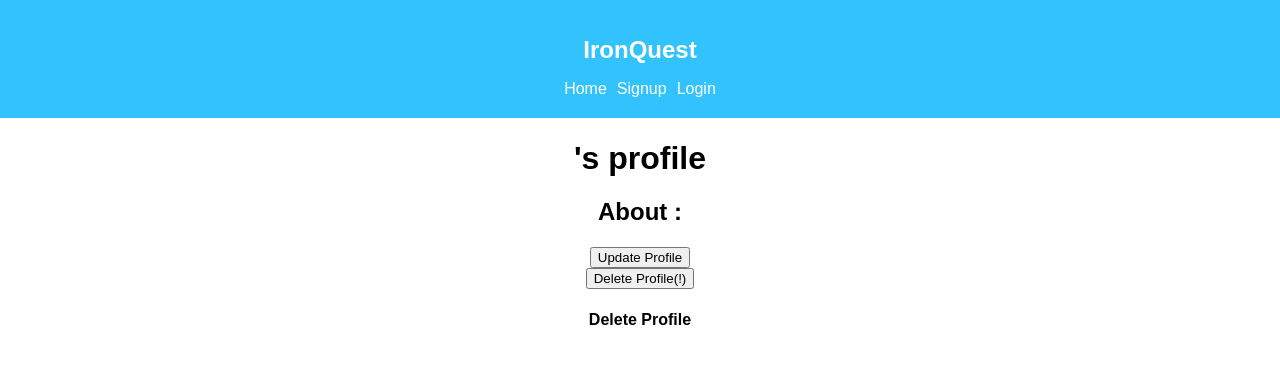
Repository: MikeTroianello/project4
Page: /profile (app in client/)
These files come from the project's save history. The page is drawn as it stood at one moment and after the next save; the edit follows.
The browser window is 1280 px wide. The pictures show the whole page.
The page's requests for data from a server got no answer. The project was rebuilt for these pictures with package versions that can differ from the ones it lists, and the page was loaded fresh each time. No one was signed in, and anything a server would have sent is missing. Also part of the build but not shown: client/src/components/pages/StoryPage.jsx, client/src/components/pages/CreateStory.jsx, client/src/components/pages/ReadStory.jsx, client/src/components/pages/Home.jsx, client/src/components/pages/Login.jsx, client/src/components/pages/Signup.jsx.

Above is the page before, as saved 2019-03-22 00:38:56.

### client/public/index.html
<!DOCTYPE html>
<html lang="en">

<head>
  <meta charset="utf-8">
  <meta name="viewport" content="width=device-width, initial-scale=1, shrink-to-fit=no">
  <meta name="theme-color" content="#000000">
  <!--
      manifest.json provides metadata used when your web app is added to the
      homescreen on Android. See https://developers.google.com/web/fundamentals/engage-and-retain/web-app-manifest/
    -->
  <!-- <link rel="manifest" href="%PUBLIC_URL%/manifest.json"> -->
  <link rel="shortcut icon" href="%PUBLIC_URL%/favicon.ico">
  <!--
      Notice the use of %PUBLIC_URL% in the tags above.
      It will be replaced with the URL of the `public` folder during the build.
      Only files inside the `public` folder can be referenced from the HTML.

      Unlike "/favicon.ico" or "favicon.ico", "%PUBLIC_URL%/favicon.ico" will
      work correctly both with client-side routing and a non-root public URL.
      Learn how to configure a non-root public URL by running `npm run build`.
    -->
  <title>IronQuest</title>
</head>

<body>
  <noscript>
    You need to enable JavaScript to run this app.
  </noscript>
  <div id="root"></div>
  <!--
      This HTML file is a template.
      If you open it directly in the browser, you will see an empty page.

      You can add webfonts, meta tags, or analytics to this file.
      The build step will place the bundled scripts into the <body> tag.

      To begin the development, run `npm start` or `yarn start`.
      To create a production bundle, use `npm run build` or `yarn build`.
    -->
</body>

</html>

### client/src/index.js
import React from 'react';
import ReactDOM from 'react-dom';
import './index.scss';
import { BrowserRouter as Router } from 'react-router-dom';
import App from './components/App.jsx';
// import registerServiceWorker from './registerServiceWorker';

ReactDOM.render(<Router><App /></Router>, document.getElementById('root'));
// registerServiceWorker();

### client/src/index.scss
// --------------------
// Definition of variables
$primary: #32c3ff;


// ----------------------------------------
// To install Boostrap:
// 1) Run in the client folder: $ npm i bootstrap
// 2) Import bootstrap with the following line
// @import '../node_modules/bootstrap/scss/bootstrap.scss';
//
// To install Reactstrap:
// 1) Run in the client folder: $ npm i reactstrap
// 2) Go to the official documentation and take some examples: https://reactstrap.github.io/
// import { Button } from 'reactstrap';
// <Button color="danger">Danger!</Button>
// ----------------------------------------


// --------------------
// Style reusable for all components
body {
  margin: 0;
  padding: 0;
  font-family: sans-serif;
}

.info {
  margin: 20px;
  padding: 10px 20px;
  border-radius: 10px;
  display: inline-block;
  background-color: #5776e9;
  color: white;
}

.info.info-danger {
  background-color: #e73f3f;
}

// --------------------
// Style for App component
.App {
  text-align: center;

  .App-logo {
    animation: App-logo-spin infinite 20s linear;
    height: 80px;
  }

  .App-header {
    background-color: $primary;
    padding: 20px;
    color: white;

    a {
      color: white;
      padding: 0 5px;
      text-decoration: unset;
    }

    a.active {
      font-weight: bold;
    }
  }

  .App-title {
    font-size: 1.5em;
  }

  .App-intro {
    font-size: large;
  }

  @keyframes App-logo-spin {
    from {
      transform: rotate(0deg);
    }

    to {
      transform: rotate(360deg);
    }
  }
}

// --------------------
// Style for Home component
.Home {
  p {
    font-size: 1.2em;
  }
}

// --------------------
// Style for Secret component
.Secret {
  .result {
    font-size: 1.2em;
    color: $primary;
  }
}

.storyText{
    height:200px;
    font-size:14pt;
}

### client/src/components/App.jsx
import React, { Component } from 'react';
import { Route, Link, NavLink, Switch } from 'react-router-dom';
import Home from './pages/Home';
import CreateStory from './pages/CreateStory';
import Login from './pages/Login';
import Signup from './pages/Signup';
import api from '../api';
import ReadStory from './pages/ReadStory'
import StoryPage from './pages/StoryPage'
import Profile from './pages/Profile'

export default class App extends Component {
  state = {
    user: {},
  }

  componentDidMount() {
    this.setUser()
  }

  setUser = () => {
    if (api.isLoggedIn()) {
      this.setState({ user: api.getLocalStorageUser() })
    } else {
      this.setState({ user: {} })

    }
  }

  handleLogoutClick(e) {
    api.logout()
    //this.setState({user:null})
    this.setUser()

  }

  render() {
    return (
      <div className="App">
        <header className="App-header">
          <h1 className="App-title">IronQuest</h1>
          {api.isLoggedIn() && <h3>Hello, {this.state.user.username}!</h3>}
          <NavLink to="/" exact>Home</NavLink>
          {!api.isLoggedIn() && <NavLink to="/signup">Signup</NavLink>}
          {!api.isLoggedIn() && <NavLink to="/login">Login</NavLink>}
          {api.isLoggedIn() && <NavLink to="/profile">Profile Page</NavLink>}
          {api.isLoggedIn() && <Link to="/" onClick={(e) => this.handleLogoutClick(e)}>Logout</Link>}
          {/* <NavLink to="/readstory">Read a Story</NavLink> */}
        </header>
        <Switch>


        <Route
            exact
            path='/'
            render={(props) => <Home {...props}  setUser={this.setUser} />}
          />
          <Route
            path='/signup'
            render={(props) => <Signup {...props} setUser={this.setUser} />}
          />
          <Route
            path='/login'
            render={(props) => <Login {...props} setUser={this.setUser}/>}
          />
          <Route
            path='/createstory'
            render={(props) => <CreateStory {...props} setUser={this.setUser}/>}
          />
          <Route
            path='/readstory'
            render={(props) => <ReadStory {...props} setUser={this.setUser}/>}
          />
          <Route
            path='/profile'
            render={(props) => <Profile {...props} setUser={this.setUser}/>}
          />
          <Route
            path='/story/:id'
            render={(props) => <StoryPage {...props} setUser={this.setUser}/>}
          />
          <Route render={() => <h2>404</h2>} />


        </Switch>
      </div>
    );
  }
}

### client/src/api.js
import axios from 'axios'
axios.defaults.withCredentials = true


const service = axios.create({
  baseURL: process.env.NODE_ENV === 'production' ? '/api' : 'http://localhost:5000/api',
  withCredentials: true
})

const errHandler = err => {
  console.error(err)
  if (err.response && err.response.data) {
    console.error("API response", err.response.data)
    throw err.response.data.message
  }
  throw err
}

export default {
  service: service,

  // This method is synchronous and returns true or false
  // To know if the user is connected, we just check if we have a value for localStorage.getItem('user')
  isLoggedIn() {
    return localStorage.getItem('user') != null
  },

  // This method returns the user from the localStorage
  // Be careful, the value is the one when the user logged in for the last time
  getLocalStorageUser() {
    return JSON.parse(localStorage.getItem('user'))
  },

  // This method signs up and logs in the user
  signup(userInfo) {
    return service
      .post('/signup', userInfo)
      .then(res => {
        // If we have localStorage.getItem('user') saved, the application will consider we are loggedin
        localStorage.setItem('user', JSON.stringify(res.data))
        return res.data
      })
      .catch(errHandler)
  },

  login(username, password) {
    return service
      .post('/login', {
        username,
        password,
      })
      .then(res => {
        // If we have localStorage.getItem('user') saved, the application will consider we are loggedin
        localStorage.setItem('user', JSON.stringify(res.data))
        return res.data
      })
      .catch(errHandler)
  },

  logout() {
    localStorage.removeItem('user')
    return service
      .get('/logout')
  },

  // This is an example on how to use this method in a different file
  // api.getCountries().then(countries => { /* ... */ })

}

### client/src/components/pages/Profile.jsx
import React, { Component } from 'react';
import Axios from 'axios';
import { SERVER_URL } from '../../config'

export default class Profile extends Component{
  constructor(props){
    super(props)
    this.state={
      user:{},
      show:false,
      update:false,
    }
  }

  deleteProfile(){
    console.log("BUTTON CLICKED")
    this.setState({
      show: true
    })
  }

  deleteConfirm(){
    console.log("DELETING")
    Axios.post(`${SERVER_URL}/deleteUser`).then(result=>{
      window.localStorage.removeItem('user')
      this.props.history.push('/')
    })}


  //UPDATE PROFILE

  updateProfile(){
    this.setState({
      update:true
    })
  }

  updateAbout = (event) =>{
    event.preventDefault()
    const userUpdate={
      update:event.target.updater.value
    }
    console.log(userUpdate)
    //debugger;
    Axios.post(`${SERVER_URL}/updateUser`, userUpdate).then(result=>{
       window.location.reload()
      //this.setState({about:userUpdate.update})
    })}

  componentDidMount(){
    Axios.get(`${SERVER_URL}/getUser`).then(userFromServer => {
      this.setState({user:userFromServer.data.user})
      ///window.location.reload()
    })
  }

  render(){
   console.log(this.state.update)
    return(
      <div>
      <h1>{this.state.user.username}'s profile</h1>
      <h2>About {this.state.user.username}:</h2>

      {!this.state.about || !this.state.update || <h3>You don't have anything written about you yet... {this.state.about}</h3>}
      <h4>{this.state.user.about}</h4>
      <button onClick={(e) => this.updateProfile()}>Update Profile</button><br></br>
      {this.state.update &&
        <form onSubmit={this.updateAbout}>
          <textarea
              rows="4"
              cols="50"
              maxLength="400"
              defaultValue={this.state.about}
              name="updater"
              placeholder="Character length: 400"

              /><br></br>
          <button type="submit">is this itSubmit</button>
        </form>
      }
      <button onClick={(e) => this.deleteProfile()}>Delete Profile(!)</button>
      <h4>Delete Profile</h4>
      {this.state.show && <h1>DELETE PROFILE?!</h1>}
      {this.state.show && <h3>(This cannot be undone)</h3>}
      {this.state.show && <button onClick={(e)=>this.deleteConfirm()}>Yes, kill it</button>}
      </div>
    )
  }
}


// onChange={this.handleInputChange}

### client/src/config.js
export const SERVER_URL = process.env.NODE_ENV === 'production' ? 'https://ironquest.herokuapp.com/api' : 'http://localhost:5000/api'

After the next save:
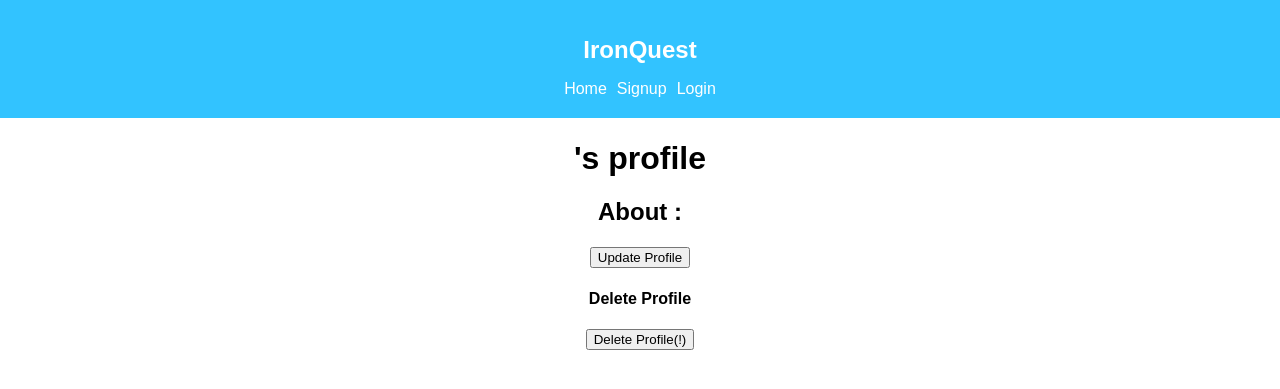
Saved 16 s later.
--- a/client/src/components/pages/Profile.jsx
+++ b/client/src/components/pages/Profile.jsx
@@ -78,8 +78,9 @@
           <button type="submit">is this itSubmit</button>
         </form>
       }
+      <h4>Delete Profile</h4>
       <button onClick={(e) => this.deleteProfile()}>Delete Profile(!)</button>
-      <h4>Delete Profile</h4>
+
       {this.state.show && <h1>DELETE PROFILE?!</h1>}
       {this.state.show && <h3>(This cannot be undone)</h3>}
       {this.state.show && <button onClick={(e)=>this.deleteConfirm()}>Yes, kill it</button>}
